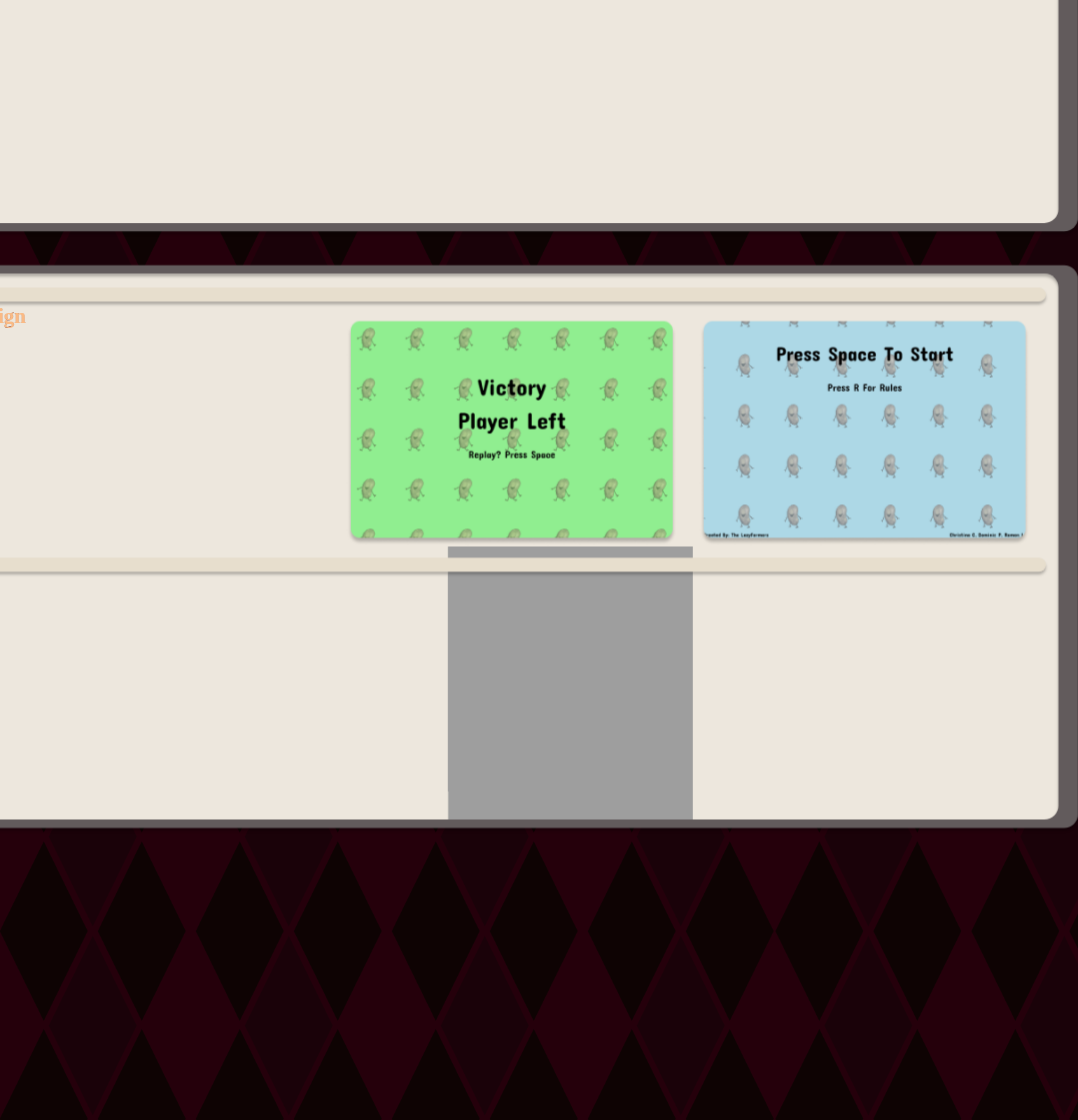
Repository: EMP-ChristinaC/Portfolio
Page: projects/potato-shuffle/potato.html
The author's editor kept a copy of each file at every save. The page is drawn from the files as they stood at one save, then again after a run of saves.
The browser window is 1280 px wide. The page is 1540 px wide, so the pictures cover 1540 px, including what lies to the right of the window. The pictures show the part of the page from y = 1469 to 3069 px (the page is 4978 px tall), at 70% of full size.
Pictures or frames that could not be fetched are drawn as grey boxes. Some web fonts or font styles are not loaded; a fallback is used.

Above is the page before, as saved 2024-12-09 13:39:03.

After the next 2 saves:
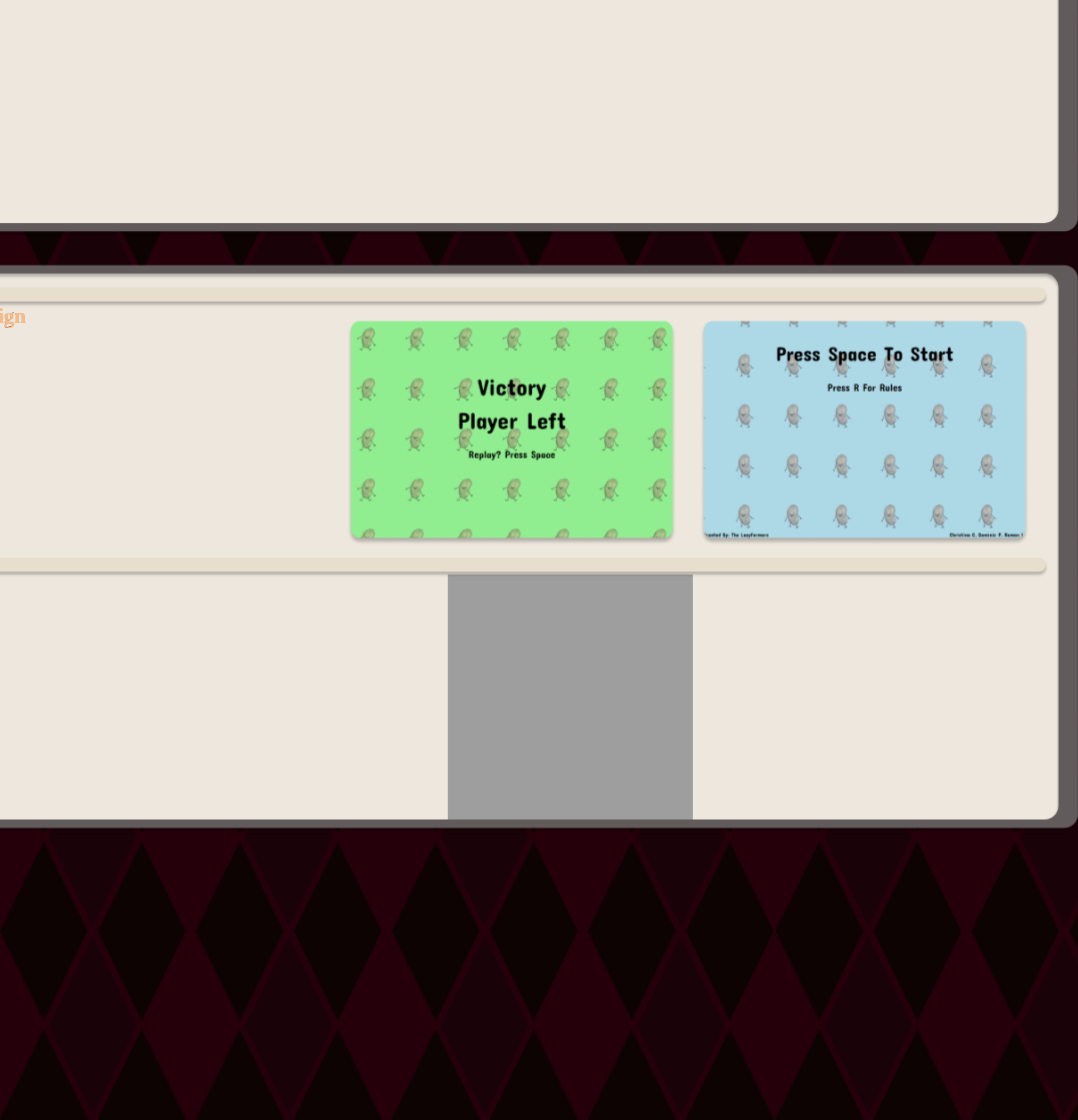
The 2 saves are shown as one change because they came seconds apart.
The last was saved 6 s later.
--- a/projects/potato-shuffle/potato.css
+++ b/projects/potato-shuffle/potato.css
@@ -510,7 +510,7 @@ footer.section p {
     width: 350px;
     height: 350px;
     position: absolute;
-    top: 50%;
+    top: 55%;
     left: 50%;
     /* transform: translate(-150%, 370%); */
 }
@@ -528,7 +528,7 @@ footer.section p {
     width: 350px;
     height: 350px;
     position: absolute;
-    top: 50%;
+    top: 55%;
     left: 50%;
     /* transform: translate(50%, 370%); */
 }
